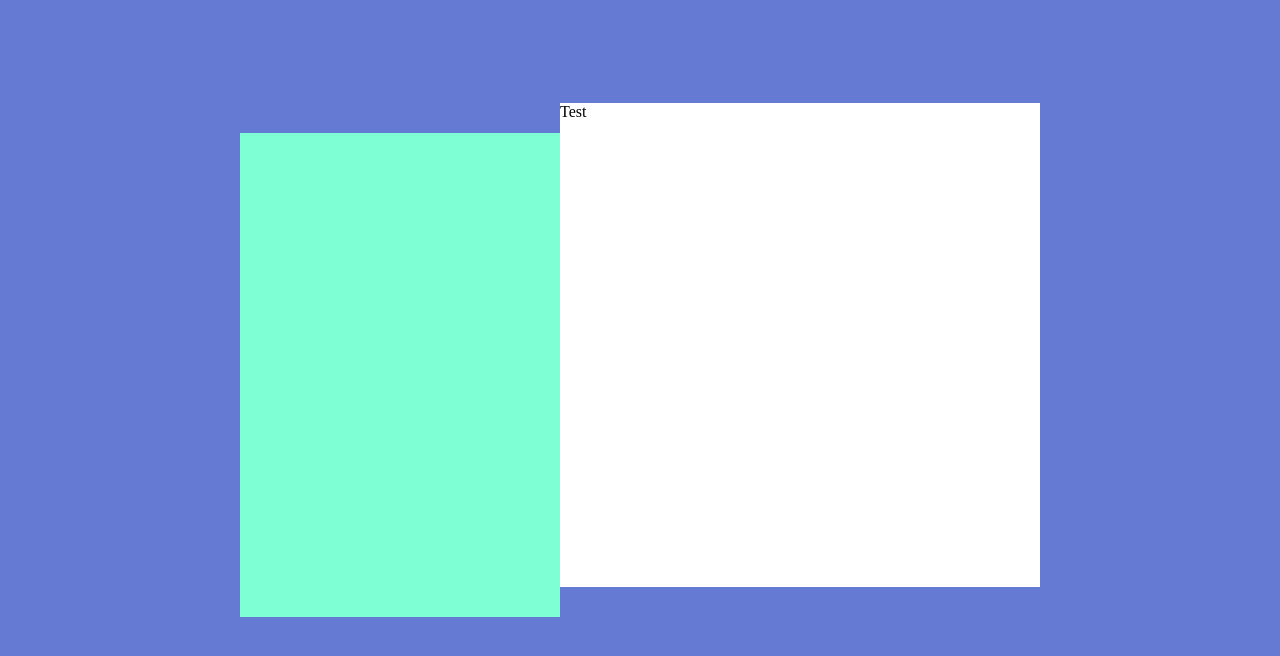
Repository: RugileG/registracijos-forma
Page: index.html
The author's editor kept a copy of each file at every save. The page is drawn from the files as they stood at one save, then again after the next save.
The browser window is 1280 px wide. The pictures show the whole page.

Above is the page before, as saved 2021-05-17 11:49:30.

After the next save:
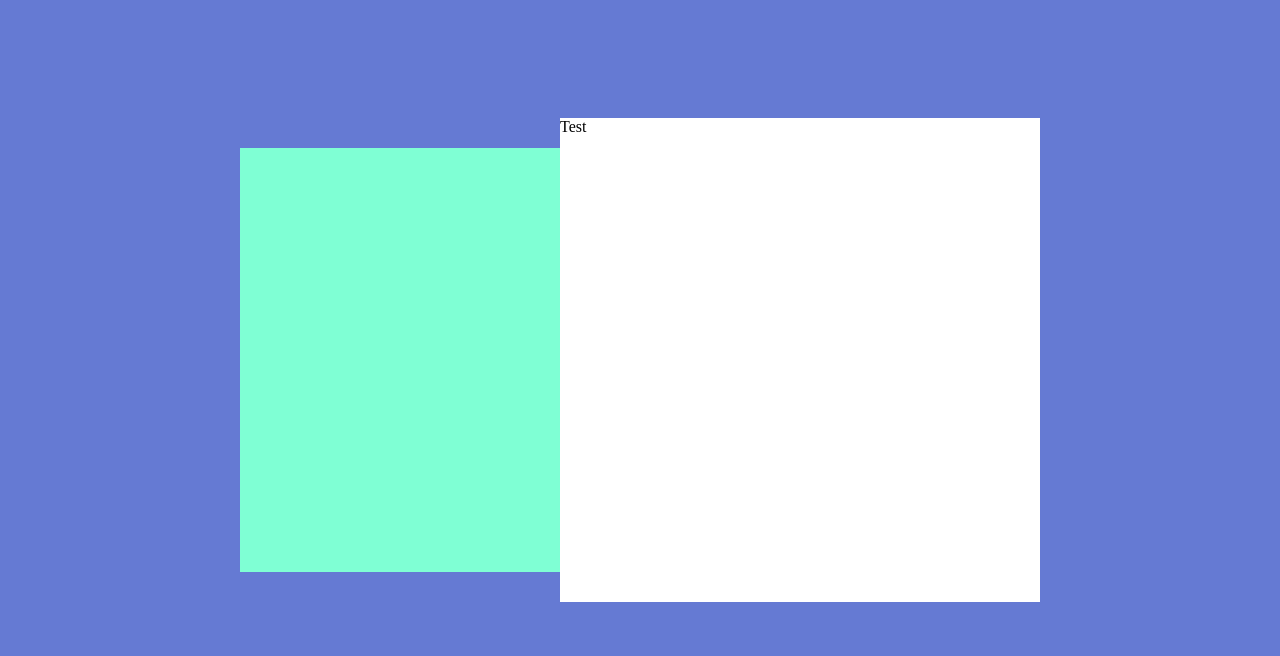
Saved 39 s later.
--- a/index.html
+++ b/index.html
@@ -44,7 +44,7 @@
 
         .left-column {
             display: block;
-            height:
+            height: 424px;
         }
 
 
